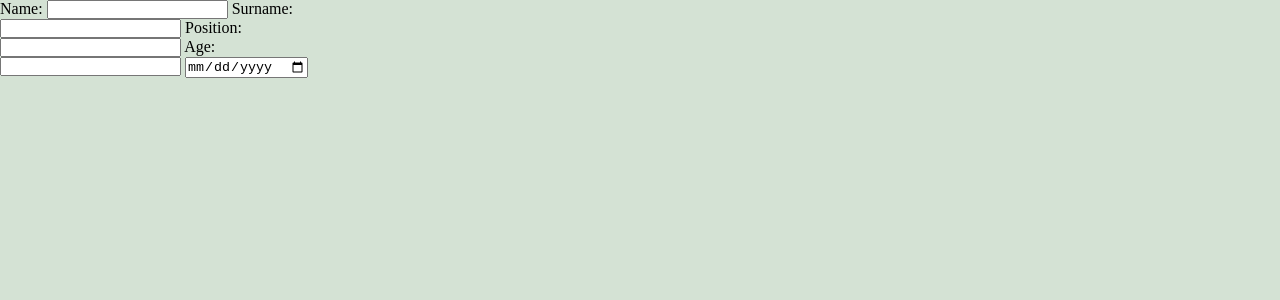
Repository: AytacSafarova/Form-lesson
Page: index.html
The author's editor kept a copy of each file at every save. The page is drawn from the files as they stood at one save, then again after a run of saves.
The browser window is 1280 px wide. The pictures show the whole page.

Above is the page before, as saved 2023-08-29 14:34:05.

After the next 2 saves:
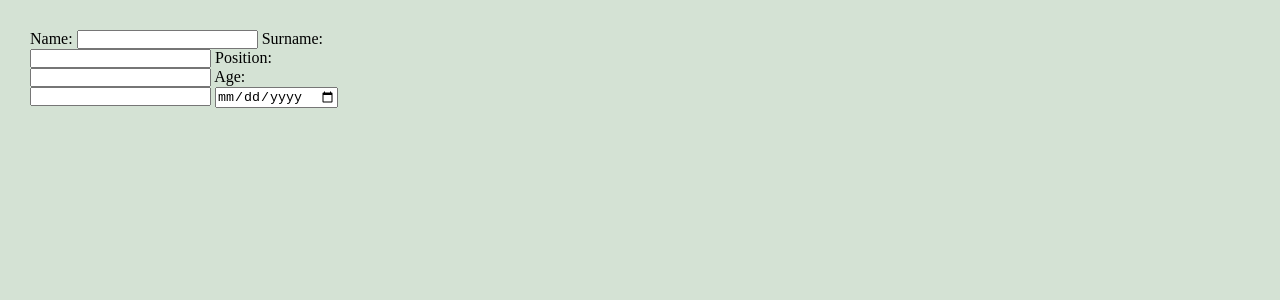
The 2 saves are shown as one change because they came seconds apart.
The last was saved 10 s later.
--- a/index.css
+++ b/index.css
@@ -10,4 +10,6 @@ div{
 }
 form{
     width: 30%;
+    padding: 30px;
+    background-color: ;
 }
